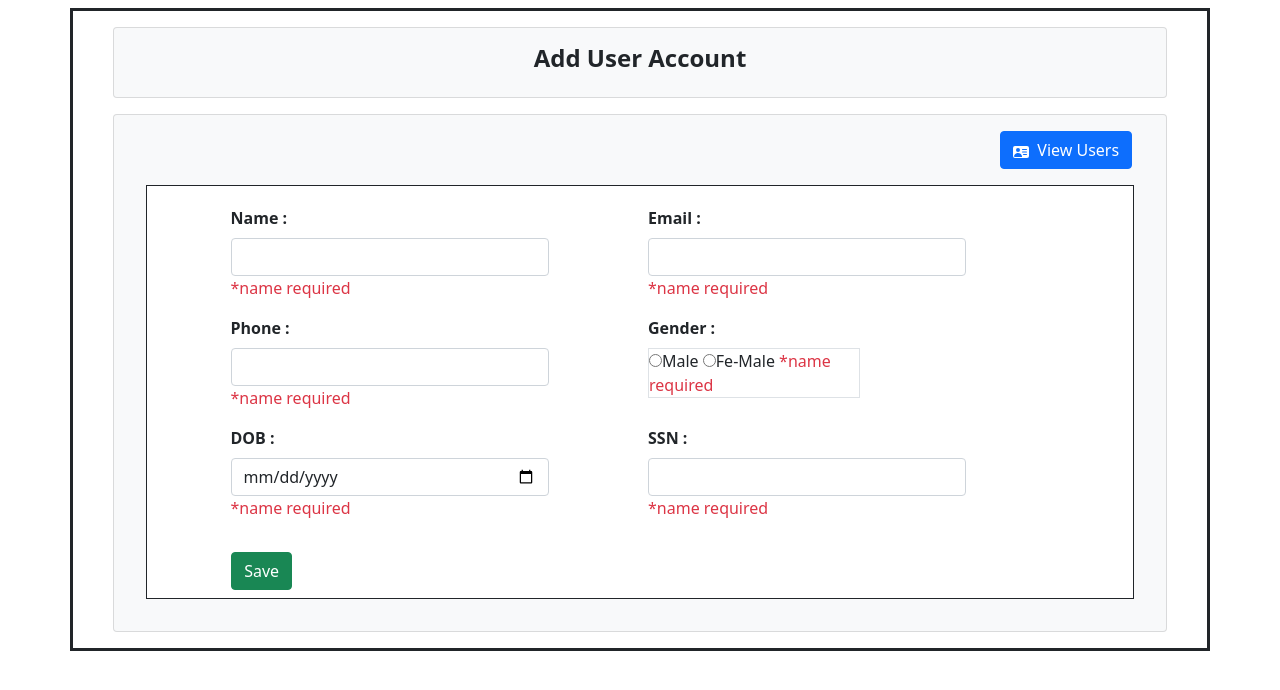
Repository: Umapathy-G/MiniProjects
Page: http://localhost/useraccount
The author's editor kept a copy of each file at every save. The page is drawn from the files as they stood at one save, then again after the next save.
The browser window is 1280 px wide. The pictures show the whole page.
The page is this project's Thymeleaf template; nobody is signed in. The template is opened directly, without the code that normally fills it, so the values that code supplies are empty.

Above is the page before, as saved 2023-09-09 04:30:03.

After the next save:
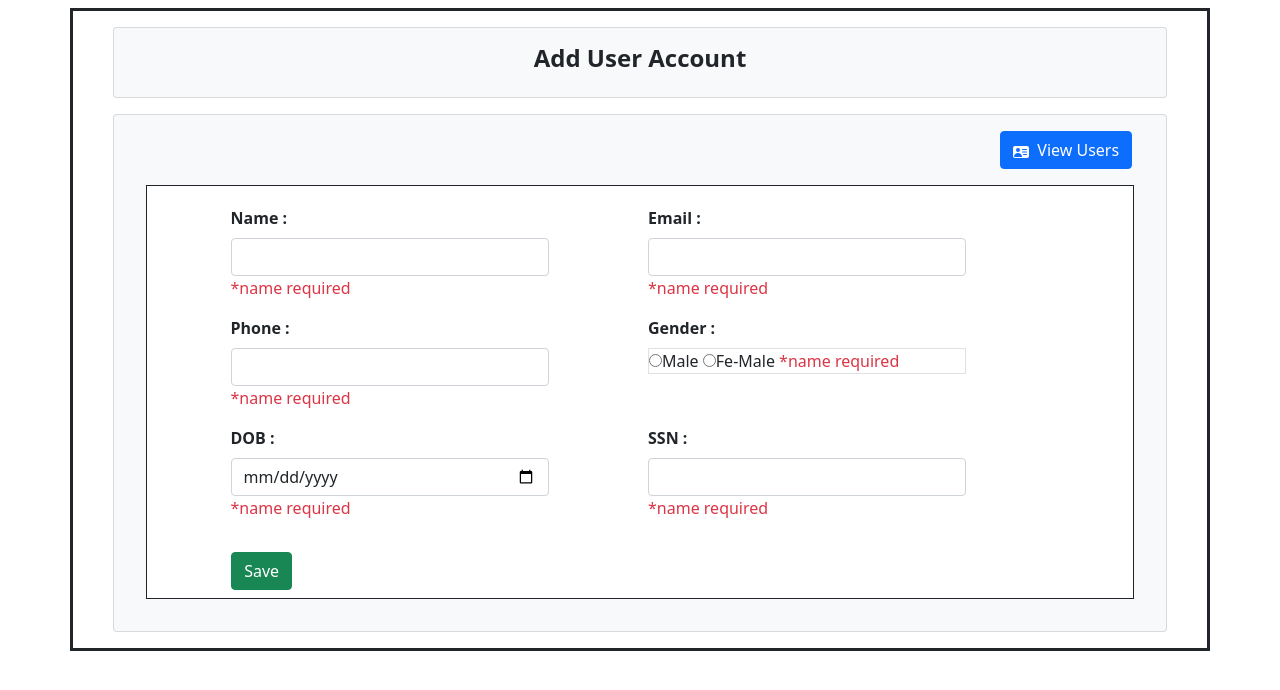
Saved 8 s later.
--- a/01-MiniProject-UserManagement/src/main/resources/templates/useraccount.html
+++ b/01-MiniProject-UserManagement/src/main/resources/templates/useraccount.html
@@ -48,7 +48,7 @@
 							</div>
 							<div class="col-4 offset-1">
 								<label class="form-label"><b>Gender :</b></label>
-								<div class="col-8 border">
+								<div class="col-12 border">
 									<input type="radio" th:field="*{gender}" value="M">Male
 									<input type="radio" th:field="*{gender}" value="F">Fe-Male
 									<span class="text-danger">*name required</span>
